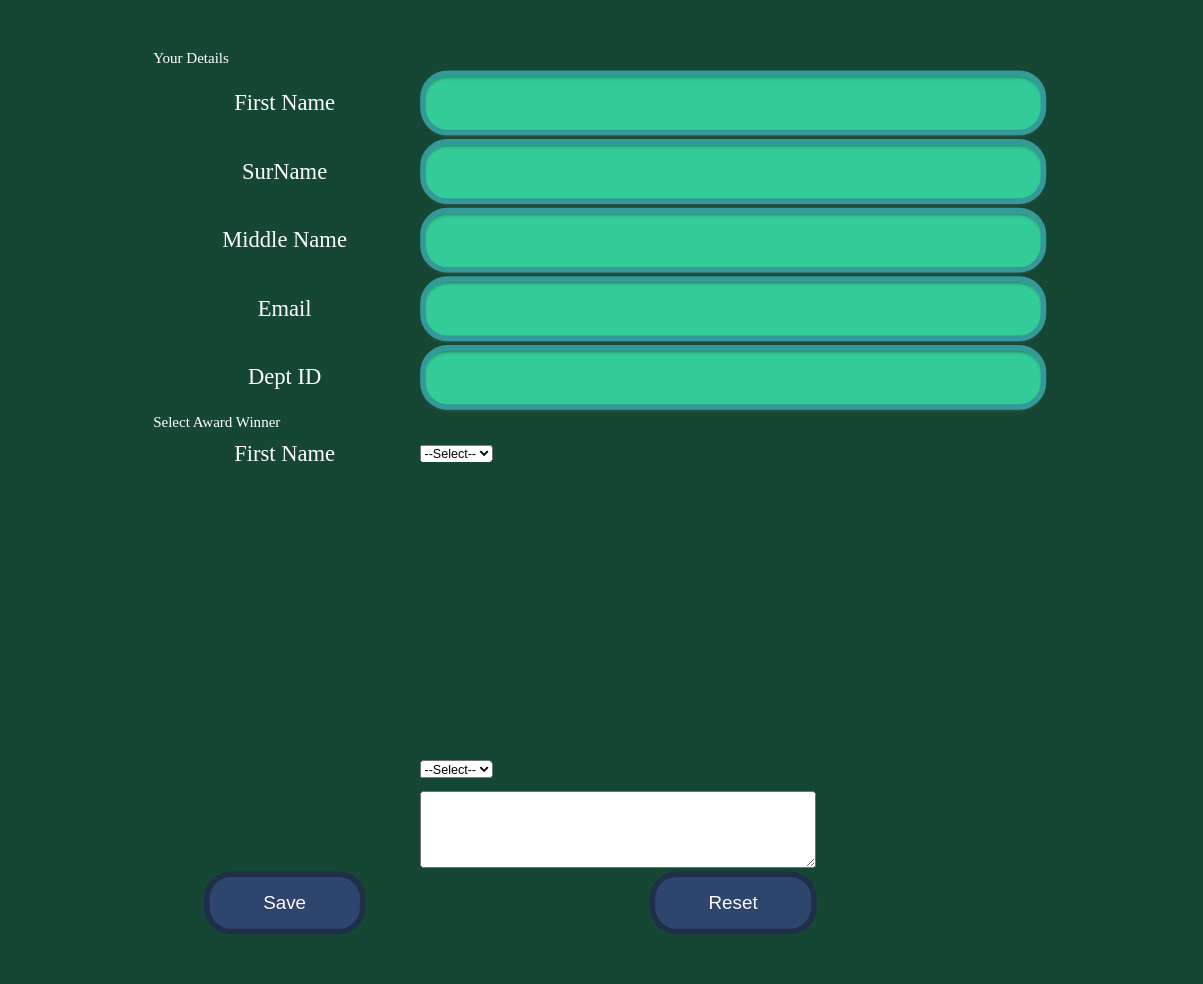
Repository: prajaktamore/Web-Based-Programming-3
Page: http://localhost/BinaryCalculator/Awards.jsp
An editor plug-in stored every save of this project. The page is shown before and after the next save, followed by the edit.
The browser window is 1280 px wide. The pictures show the whole page, at 94% of full size.
The page is served by Tomcat 9. Other server files are loaded and not shown.

Above is the page before, as saved 2014-05-02 03:18:17.

### BinaryCalculator/WebContent/Awards.jsp
<%@ page language="java" contentType="text/html; charset=ISO-8859-1"
    pageEncoding="ISO-8859-1"%>
<%@taglib prefix="core" uri="http://java.sun.com/jsp/jstl/core"%>
<%@ page import="java.util.*" session="true"%>
<%@ page errorPage="ShowError.jsp" %>

<!DOCTYPE html PUBLIC "-//W3C//DTD HTML 4.01 Transitional//EN" "http://www.w3.org/TR/html4/loose.dtd">
<html>
<head>
<meta http-equiv="Content-Type" content="text/html; charset=ISO-8859-1">
<title>Awards</title>
<link href="more.css" rel="stylesheet" type="text/css" />
<script type="text/javascript">
 function changeTest() {
   	    alert ("Function is Called");

		var index = document.getElementById("rdown").selectedIndex;

		var array1 = '<%= session.getAttribute( "rLastname" ) %>';
		var array2 = '<%= session.getAttribute( "rName" ) %>';
		var array3 = '<%= session.getAttribute( "rmailid" ) %>';
		var array4 = '<%= session.getAttribute( "rdept" ) %>';
		var array5 = '<%= session.getAttribute( "ruid" ) %>';

		var array1Token = array1.toString();
		array1Token = array1Token.slice(1, array1Token.length-1);
		var fields = array1Token.split(/,/);


		var array2Token = array2.toString();
		array2Token = array2Token.slice(1, array2Token.length-1);
		var fields2 = array2Token.split(/,/);

		var array3Token = array3.toString();
		array3Token = array3Token.slice(1, array3Token.length-1);
		var fields3 = array3Token.split(/,/);

		var array4Token = array4.toString();
		array4Token = array4Token.slice(1, array4Token.length-1);
		var fields4 = array4Token.split(/,/);

		var array5Token = array5.toString();
		array5Token = array5Token.slice(1, array5Token.length-1);
		var fields5 = array5Token.split(/,/);

				 if(parseInt(index) > 0 && parseInt(array1.length) > 0){
	        		document.getElementById('lr2').style.visibility='visible';
	        		document.getElementById('r2').style.visibility='visible';
	        		document.getElementById('r2').value = fields[index-1];
	        		document.getElementById('lr3').style.visibility='visible';
	        		document.getElementById('r3').style.visibility='visible';
	        		document.getElementById('r3').value = fields2[index-1];
	        		document.getElementById('lr4').style.visibility='visible';
	        		document.getElementById('r4').style.visibility='visible';
	        		document.getElementById('r4').value = fields3[index-1];
	        		document.getElementById('lr5').style.visibility='visible';
	        		document.getElementById('r5').style.visibility='visible';
	        		document.getElementById('r5').value = fields4[index-1];
	        		document.getElementById('lr6').style.visibility='visible';
	        		document.getElementById('r6').style.visibility='visible';
	        		document.getElementById('lr7').style.visibility='visible';
	        		document.getElementById('r7').style.visibility='visible';
	        		document.getElementById('r8').value = fields5[index-1];
	        	}
 }

 function resetTest() {
 					document.getElementById("rdown").selectedIndex = -1;
 					document.getElementById("r6").selectedIndex = 0;
 					document.getElementById('lr6').style.visibility='hidden';
 					document.getElementById('r6').style.visibility='hidden';
 					document.getElementById('r7').style.visibility='hidden';
 					document.getElementById('lr7').style.visibility='hidden';
 					document.getElementById('lr2').style.visibility='hidden';
	        		document.getElementById('r2').style.visibility='hidden';
	        		document.getElementById('lr3').style.visibility='hidden';
	        		document.getElementById('r3').style.visibility='hidden';
	        		document.getElementById('lr4').style.visibility='hidden';
	        		document.getElementById('r4').style.visibility='hidden';
	        		document.getElementById('lr5').style.visibility='hidden';
	        		document.getElementById('r5').style.visibility='hidden';
 }
</script>
</head>
<body>
<form method="POST" action="Awards">
  <table width="page" align="center" >
  					<tr>
  					<td>Your Details</td>
  					</tr>
					<tr>
					  <td height="40" align="center"> <label style="color:#ffffff;font-size:24px" >First Name</label> </td>
             			 <td align="center"> <input id="u1" name="u1" value="${sessionScope.sfname}" type="text" style ="background: #33CC99; height:55px; width: 600px;text-align:right;font-size:35px; border-radius: 2em; border:6px solid #339999;border-radius:29px; color: #fff; padding-left: 1.5em; outline: none; box-shadow: 0 4px 6px -5px hsl(0, 0%, 40%), inset 0px 4px 6px -5px hsl(0, 0%, 2%)"/></td>
 					</tr>
					<tr>
					  <td height="40" align="center"> <label style="color:#ffffff;font-size:24px" >SurName</label> </td>
             			 <td align="center"> <input id="u2" name="u2" value="${sessionScope.ssname}" type="text" style ="background: #33CC99; height:55px; width: 600px;text-align:right;font-size:35px; border-radius: 2em; border:6px solid #339999;border-radius:29px; color: #fff; padding-left: 1.5em; outline: none; box-shadow: 0 4px 6px -5px hsl(0, 0%, 40%), inset 0px 4px 6px -5px hsl(0, 0%, 2%)"/></td>
 					</tr>
 					<tr>
					  <td height="40" align="center"> <label style="color:#ffffff;font-size:24px" >Middle Name</label> </td>
             			 <td align="center"> <input id="u3" name="u3" value="${sessionScope.slname}" type="text" style ="background: #33CC99; height:55px; width: 600px;text-align:right;font-size:35px; border-radius: 2em; border:6px solid #339999;border-radius:29px; color: #fff; padding-left: 1.5em; outline: none; box-shadow: 0 4px 6px -5px hsl(0, 0%, 40%), inset 0px 4px 6px -5px hsl(0, 0%, 2%)"/></td>
 					</tr>
 					<tr>
					  <td height="40" align="center"> <label style="color:#ffffff;font-size:24px" >Email</label> </td>
             			 <td align="center"> <input id="u4" name="u4" value="${sessionScope.smail}" type="text" style ="background: #33CC99; height:55px; width: 600px;text-align:right;font-size:35px; border-radius: 2em; border:6px solid #339999;border-radius:29px; color: #fff; padding-left: 1.5em; outline: none; box-shadow: 0 4px 6px -5px hsl(0, 0%, 40%), inset 0px 4px 6px -5px hsl(0, 0%, 2%)"/></td>
 					</tr>
 					<tr>
					  <td height="40" align="center"> <label style="color:#ffffff;font-size:24px" >Dept ID</label> </td>
             			 <td align="center"> <input id="u5" name="u5" value="${sessionScope.sdept}" type="text" style ="background: #33CC99; height:55px; width: 600px;text-align:right;font-size:35px; border-radius: 2em; border:6px solid #339999;border-radius:29px; color: #fff; padding-left: 1.5em; outline: none; box-shadow: 0 4px 6px -5px hsl(0, 0%, 40%), inset 0px 4px 6px -5px hsl(0, 0%, 2%)"/></td>
 					</tr>
 					<tr>
 					<td>Select Award Winner</td>
 					</tr>
 					<tr>

 						 <td height="40" align="center"> <label style="color:#ffffff;font-size:24px" >First Name</label> </td>
 					    <td>
 					    <select name="rdown" id="rdown" onchange="changeTest()">
					        <OPTION  value="-1" label="--Select--" selected="selected">
					        <core:forEach items="${sessionScope.rFname}" var="dt" varStatus="status">
					            <option value="${dt}">${dt}</option>
					        </core:forEach>
					    </select>
					    </td>
    				</tr>
    				<tr>
					  <td height="40" align="center"> <label id="lr2" style="color:#ffffff;font-size:24px;visibility:hidden;" >SurName</label> </td>
             			 <td align="center"> <input id="r2" name="r2" type="text" style ="visibility:hidden;background: #33CC99; height:55px; width: 600px;text-align:right;font-size:35px; border-radius: 2em; border:6px solid #339999;border-radius:29px; color: #fff; padding-left: 1.5em; outline: none; box-shadow: 0 4px 6px -5px hsl(0, 0%, 40%), inset 0px 4px 6px -5px hsl(0, 0%, 2%)"/></td>
 					</tr>
 					<tr>
					  <td height="40" align="center"> <label id="lr3" style="color:#ffffff;font-size:24px;visibility:hidden;" >Middle Name</label> </td>
             			 <td align="center"> <input id="r3" name="r3" type="text" style ="background: #33CC99; visibility:hidden;height:55px; width: 600px;text-align:right;font-size:35px; border-radius: 2em; border:6px solid #339999;border-radius:29px; color: #fff; padding-left: 1.5em; outline: none; box-shadow: 0 4px 6px -5px hsl(0, 0%, 40%), inset 0px 4px 6px -5px hsl(0, 0%, 2%)"/></td>
 					</tr>
 					<tr>
					  <td height="40" align="center"> <label id="lr4" style="color:#ffffff;font-size:24px;visibility:hidden;" >Email</label> </td>
             			 <td align="center"> <input id="r4" name="r4" type="text" style ="background: #33CC99; visibility:hidden;height:55px; width: 600px;text-align:right;font-size:35px; border-radius: 2em; border:6px solid #339999;border-radius:29px; color: #fff; padding-left: 1.5em; outline: none; box-shadow: 0 4px 6px -5px hsl(0, 0%, 40%), inset 0px 4px 6px -5px hsl(0, 0%, 2%)"/></td>
 					</tr>
 					<tr>
					  <td height="40" align="center"> <label id="lr5" style="color:#ffffff;font-size:24px;visibility:hidden;" >Dept ID</label> </td>
             			 <td align="center"> <input id="r5" name="r5" type="text" style ="background: #33CC99; visibility:hidden;height:55px; width: 600px;text-align:right;font-size:35px; border-radius: 2em; border:6px solid #339999;border-radius:29px; color: #fff; padding-left: 1.5em; outline: none; box-shadow: 0 4px 6px -5px hsl(0, 0%, 40%), inset 0px 4px 6px -5px hsl(0, 0%, 2%)"/></td>
 					</tr>
 					<tr>
					  <td height="40" align="center"> <label id="lr6" style="color:#ffffff;font-size:24px;visibility:hidden;" >Select Award</label> </td>
             			<td>
 					    <select name="rdownlist" id="rdownlist">
					        <OPTION  value="-1" label="--Select--" selected="selected">
					        <core:forEach items="${sessionScope.awardList}" var="dt" varStatus="status">
					            <option value="${dt}">${dt}</option>
					        </core:forEach>
					    </select>
					    </td>
 					</tr>
 					<tr>
 						<td height="40" align="center"> <label id="lr7" style="color:#ffffff;font-size:24px;visibility:hidden;" >You have made a difference..</label> </td>
 						<td><textarea cols="50" rows="5" name="r7" id="r7"></textarea>
						</td>
						<td><input type="hidden" name="r8" id="r8"></td>
 					</tr>
  					<tr>
						<td align="center"><input type="submit" name="Save" value="Save" style="background-color: #2e466e; color: #ffff; border-radius: 10px;border:6px solid #1f2f47;border-radius:29px;padding:16px 57px;text-shadow:0px 1px 0px #263666;font-size:20px;">
						<td align="center"><input type="button" name="Reset" value="Reset" onclick="resetTest()" style="background-color: #2e466e; color: #ffff; border-radius: 10px;border:6px solid #1f2f47;border-radius:29px;padding:16px 57px;text-shadow:0px 1px 0px #263666;font-size:20px;">
					</tr>
  </table>
</form>
</body>
</html>

### BinaryCalculator/WebContent/more.css
/*
    author : Prajakta More
    date created : 11 Feb 2014
	Version:  1
    copyright information : Binghamton University
*/

/*Defines style for body tag all fields declared in body tag will follow below style for margins and background*/
body
{
margin-top:50px;
margin-left:50px;
margin-right:50px;
margin-bottom:50px;
background:#154734;
}



input#submit {
    padding: 4px 40px;
    /*give the background a gradient*/
    background:#ffae00; /*fallback for browsers that don't support gradients*/
    background: -webkit-linear-gradient(top, #ffae00, #d67600);
    background: -moz-linear-gradient(top, #ffae00, #d67600);
    background: -o-linear-gradient(top, #ffae00, #d67600);
    background: linear-gradient(top, #ffae00, #d67600);
    border:2px outset #dad9d8;
    /*style the text*/
    font-family:Andika, Arial, sans-serif;
    font-size:1.1em;
    letter-spacing:0.05em;
    text-transform:uppercase;
    color:#fff;
    text-shadow: 0px 1px 10px #000;
    /*add to small curve to the corners of the button*/
    -webkit-border-radius: 15px;
    -moz-border-radius: 15px;
    border-radius: 15px;
    /*give the button a drop shadow*/
    -webkit-box-shadow: rgba(0, 0, 0, .55) 0 1px 6px;
    -moz-box-shadow: rgba(0, 0, 0, .55) 0 1px 6px;
    box-shadow: rgba(0, 0, 0, .55) 0 1px 6px;
    }
    /****NOW STYLE THE BUTTON'S HOVER STATE***/
    input#submit:hover, input#submit:focus {
    border:2px solid #dad9d8;
    }



/*Defines style for table tag all fields declared in table tag will follow below style for border*/
table
{
border: 0px solid #154734;
content-type:text/plain;
charset=iso-8859-1 ;
}
/*Defines style for table data tag all fields declared in table data tag will follow below style for border and text color */
td
{
border: 0px solid #154734;
color:white;
}
/*Defines style for paragraph tag  with class type defined as ex2 all fields declared in paragraph tag will follow below style for font, color, text align*/
p.ex2
{
font:30px arial,sans-serif,centre;
color:#ffffff;
text-align:center;
}
/*Defines style for paragraph tag  with class type defined as ex1 all fields declared in paragraph tag will follow below style for font, color, text align*/
p.ex1
{
font:18px arial,sans-serif,centre;
color:#ffffff;
text-align:center;
}
/*Defines style for img tag all with class name as ex3 fields declared in img tag will
follow below style for margins, background, padding, border, background -color, height, width, float, text- align*/
img.ex3
{
  margin: 5px;
  padding: 5px;
  background-color: #ffffff;
  border: 3px solid #ffffff;
  height: 375px;
  width: 250px;
  float: left;
  text-align: left;
}
/*Defines style for a href tag and its properties for different states as link, visited, hover, active*/
a:link {text-decoration:none;
background-color:#66CCCC;
color:#000000;
}
a:visited {text-decoration:none;
background-color:#9999CC;
color:#660033;
}
a:hover {text-decoration:underline;
background-color:#CC99CC;
color:#000033;
}
a:active {text-decoration:underline;
background-color:#FF99CC;
color:#330000;
}

After the next save:
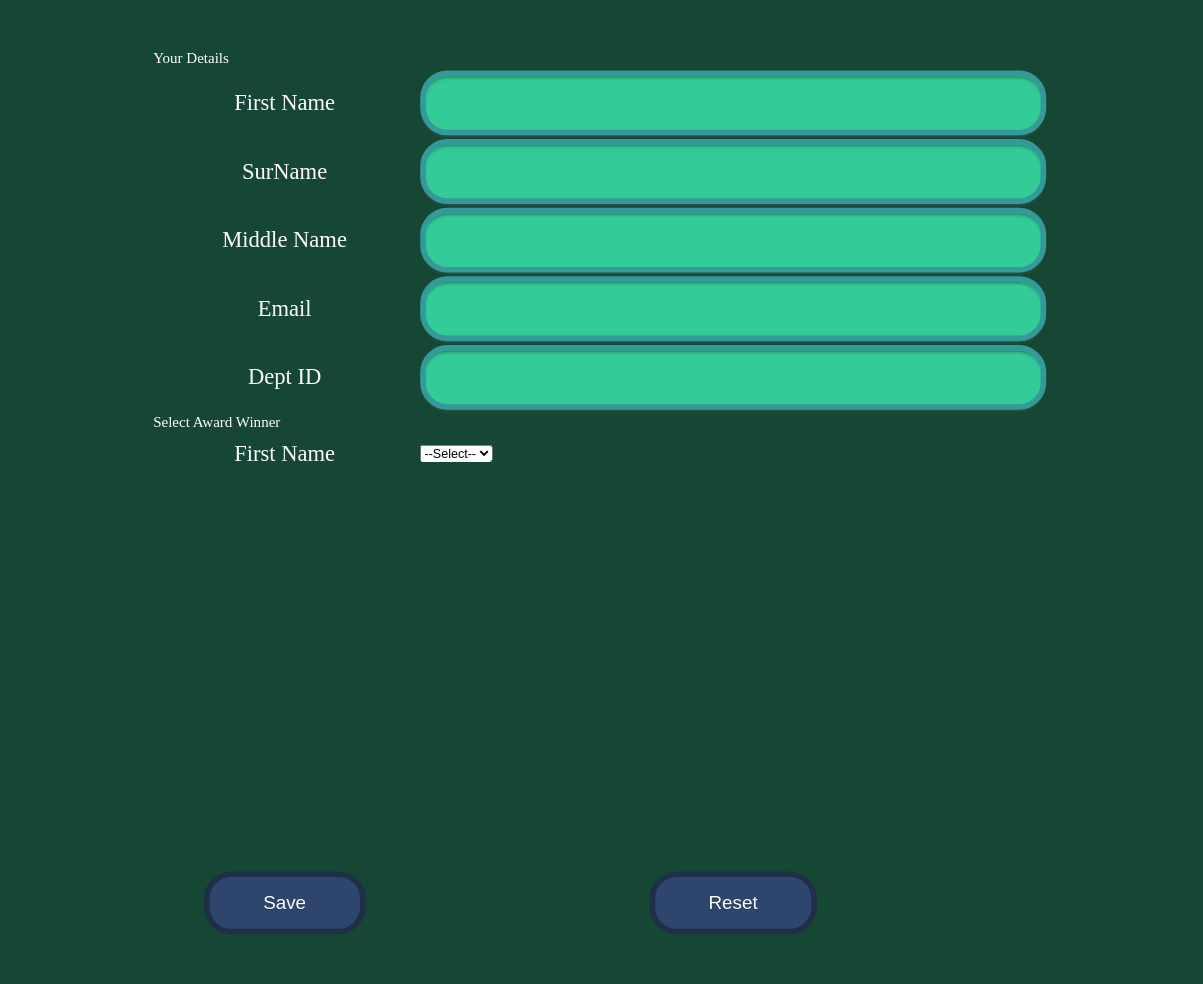
Saved 64 s later.
--- a/BinaryCalculator/WebContent/Awards.jsp
+++ b/BinaryCalculator/WebContent/Awards.jsp
@@ -142,7 +142,7 @@
  					<tr>
 					  <td height="40" align="center"> <label id="lr6" style="color:#ffffff;font-size:24px;visibility:hidden;" >Select Award</label> </td>
              			<td>
- 					    <select name="rdownlist" id="rdownlist">
+ 					    <select name="rdownlist" id="rdownlist" style="visibility:hidden;">
 					        <OPTION  value="-1" label="--Select--" selected="selected">
 					        <core:forEach items="${sessionScope.awardList}" var="dt" varStatus="status">
 					            <option value="${dt}">${dt}</option>
@@ -152,7 +152,7 @@
  					</tr>
  					<tr>
  						<td height="40" align="center"> <label id="lr7" style="color:#ffffff;font-size:24px;visibility:hidden;" >You have made a difference..</label> </td>
- 						<td><textarea cols="50" rows="5" name="r7" id="r7"></textarea>
+ 						<td><textarea cols="50" rows="5" name="r7" id="r7" style="visibility:hidden;"></textarea>
 						</td>
 						<td><input type="hidden" name="r8" id="r8"></td>
  					</tr>
